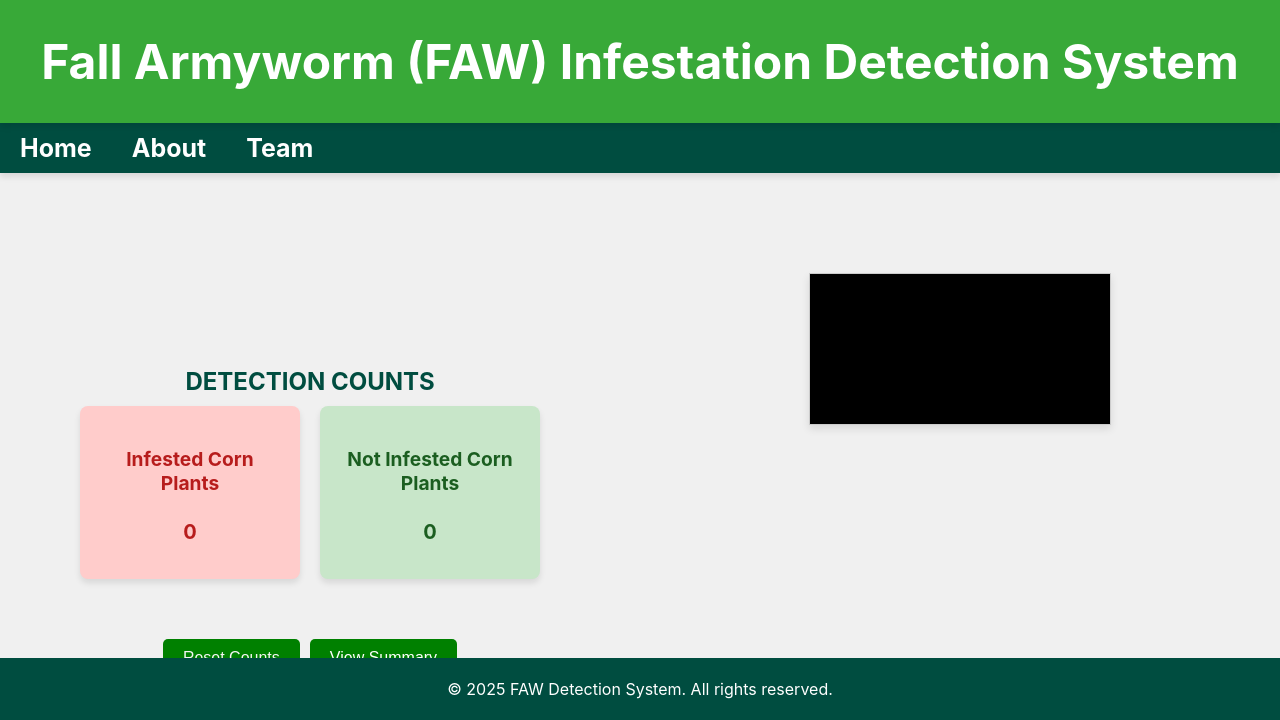
Repository: jansen223/faw-detection-main
Page: /
The author's editor kept a copy of each file at every save. The page is drawn from the files as they stood at one save, then again after the next save.
The browser window is 1280 px wide. The pictures show the whole page.
The page's requests for data from a server got no answer. The project was rebuilt for these pictures with package versions that can differ from the ones it lists, and the page was loaded fresh each time. No one was signed in, and anything a server would have sent is missing. Also part of the build but not shown: src/pages/About.css, src/pages/About.js, src/pages/Team.css, src/pages/Team.js, src/pages/Summary.css, src/pages/Summary.js.

Above is the page before, as saved 2025-04-10 18:42:23.

After the next save:
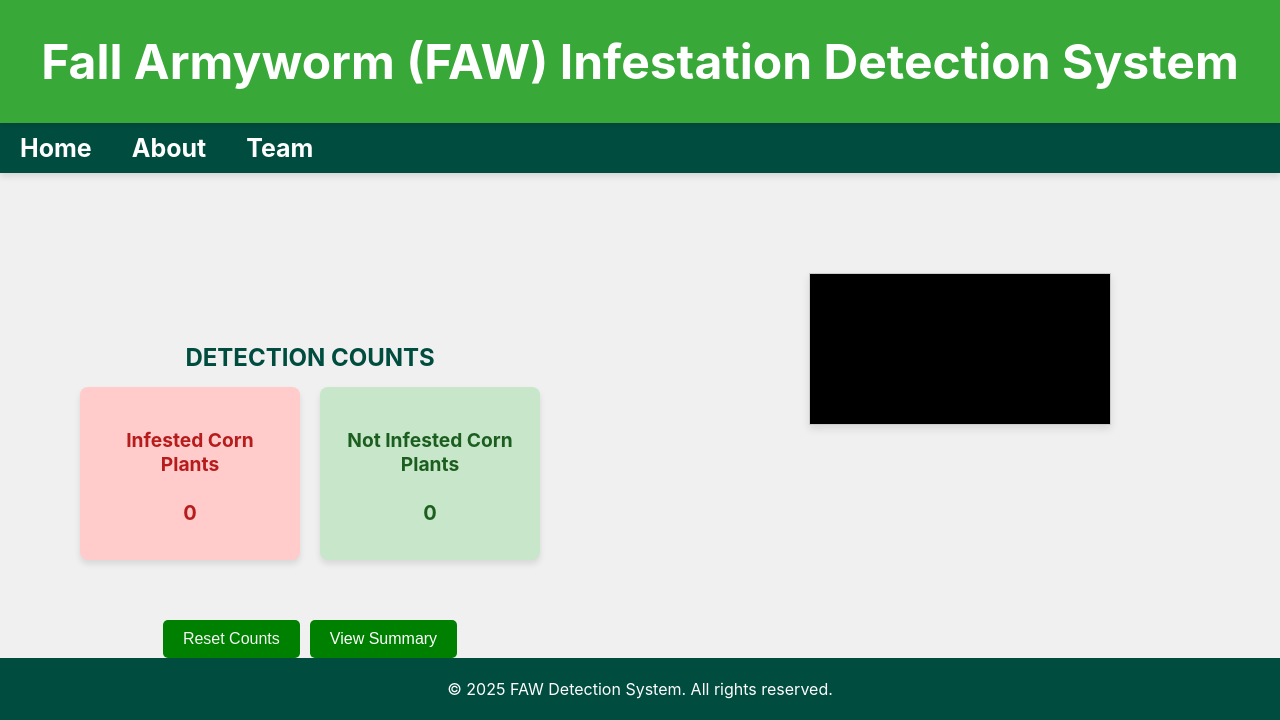
Saved 36 s later.
--- a/src/pages/Home.css
+++ b/src/pages/Home.css
@@ -21,7 +21,7 @@
   font-size: 1.5rem;
   font-weight: bold;
   color: #004d40;
-  margin-bottom: 10px;
+  margin: 0 0 15px 0;
 }
 
 .detection-cards {
